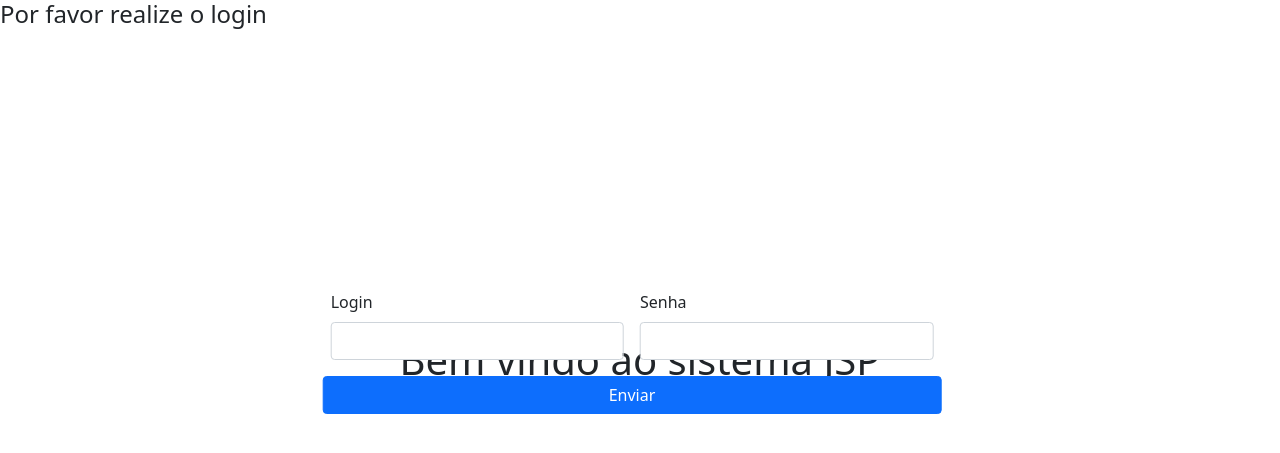
Repository: EduCarmo/PROJETO_JAVA-JSP_JDBC_SQL_JAVA
Page: http://localhost/curso-jsp/principal/cadastrousuario.jsp
These files come from the project's save history. The page is drawn as it stood at one moment and after the next save; the edit follows.
The browser window is 1280 px wide. The pictures show the whole page.
The page is served by Tomcat 10.

Above is the page before, as saved 2024-03-13 22:04:17.

After the next save:
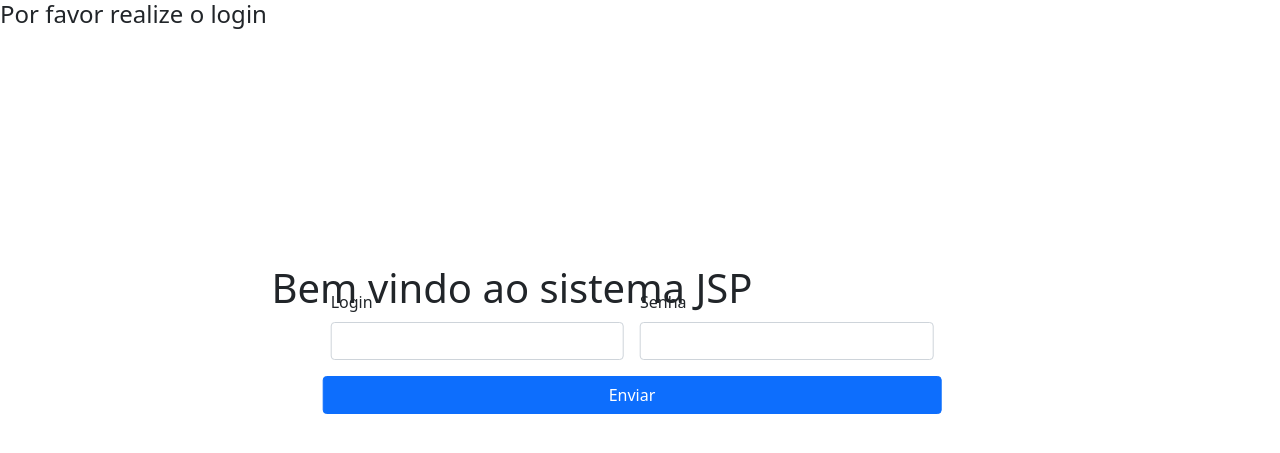
Saved 38 s later.
--- a/curso-jsp/src/main/webapp/index.jsp
+++ b/curso-jsp/src/main/webapp/index.jsp
@@ -25,8 +25,8 @@ form{
 
 h1{
 	position: absolute;
-	top: 50%;
-	left: 50%;
+	top: 40%;
+	left: 40%;
 	transform: translate(-50%,-50%);
 
 }
